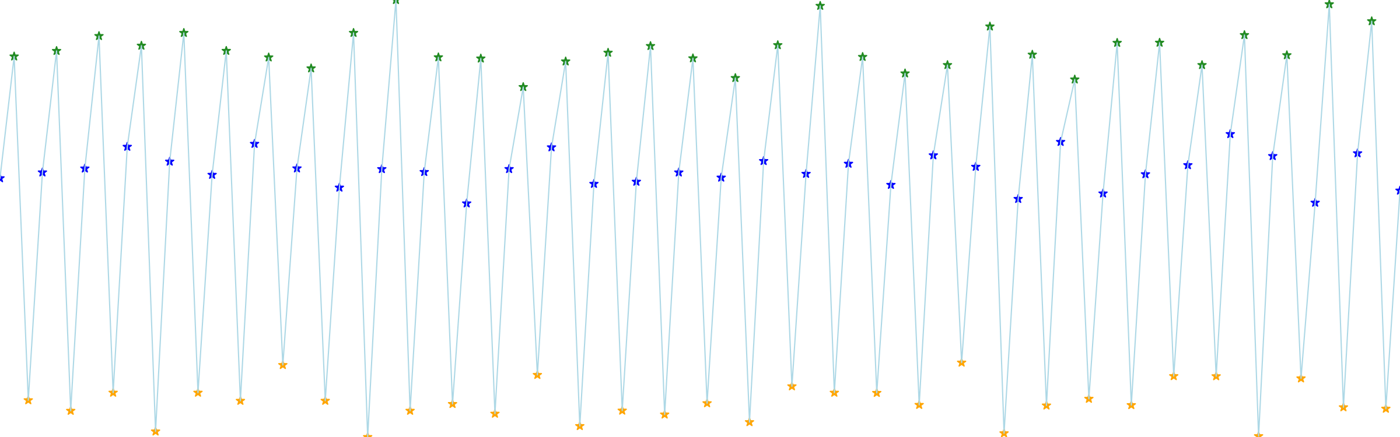
Repository: Carty-Bao/BNPHMM
Script's output: python code/synth.py
The author's editor kept a copy of each file at every save. The script's output is drawn from the files as they stood at one save, then again after the next save.
Figures wider than 1,400 px are first shrunk to that width. Random numbers start from a fixed seed.

Above is the script's output before, as saved 2022-08-18 11:07:46.

### code/synth.py
'''
author: Jiadi
Date: 2022.5.7
TODO: add parser
'''
import random
from math import ceil
from re import X
import numpy as np
import pylab as P
from scipy.stats import entropy
# from torch import threshold

def _blob(x,y,area,colour):
    """
    Draws a square-shaped blob with the given area (< 1) at
    the given coordinates.
    """
    hs = np.sqrt(area) / 2
    xcorners = np.array([x - hs, x + hs, x + hs, x - hs])
    ycorners = np.array([y - hs, y - hs, y + hs, y + hs])
    P.fill(xcorners, ycorners, colour, edgecolor=colour)

def hinton(W, maxWeight=None):
    """
    Draws a Hinton diagram for visualizing a weight matrix.
    Temporarily disables matplotlib interactive mode if it is on,
    otherwise this takes forever.
    """
    reenable = False
    if P.isinteractive():
        P.ioff()
    P.clf()
    height, width = W.shape
    if not maxWeight:
        maxWeight = 2**np.ceil(np.log(np.max(np.abs(W)))/np.log(2))

    P.fill(np.array([0,width,width,0]),np.array([0,0,height,height]),'gray')
    P.axis('off')
    P.axis('equal')
    for x in range(width):
        for y in range(height):
            _x = x+1
            _y = y+1
            w = W[y,x]
            if w > 0:
                _blob(_x - 0.5, height - _y + 0.5, min(1,w/maxWeight),'white')
            elif w < 0:
                _blob(_x - 0.5, height - _y + 0.5, min(1,-w/maxWeight),'black')
    if reenable:
        P.ion()
    P.show()

def gen_alpha(type = 'jitter', K = 3):
    '''
    为HMM生成状态转移矩阵和HMM集群中心
    type:调制基形,以PRI为例,可选的调制基形:
    'jitter','stagger','slide','dwell'
    center:不同调制基形对应不同集群中心,如果不指定集群中心,默认中心个数=3

    默认均为一维变量
    '''

    if type == 'jitter':
        assert K==1, "K must be 1"
        alpha = np.eye(K)
    if type in ['stagger', 'agile', 'dwell']:
        alpha = np.eye(K)
        while(1 in np.diag(alpha)):
            np.random.shuffle(alpha)
    if type == 'slide':
        alpha = np.eye(K)
        alpha = np.vstack((alpha[1:],alpha[0]))
    # if type == 'dwell':
    #     tr = np.eye(K)
    #     while(1 in np.diag(tr)):
    #         np.random.shuffle(tr)
    #     alpha = 0.05*tr + np.eye(K)
    return alpha

def Non_ideal_HMM(N, K, XDim=1, mu_sd_factor=0, L=10, spur_ratio=0, miss_ratio=0,type='stagger', mu = None):
    '''N: number of observations
    K: number of discrete components
    XDim: dimensionality of observed data (default = 2)
    mu:HMM集群的中心值，如果没有制定就是[100, 110, 120,...]

    计算虚假脉冲和缺失脉冲个数'''

    spur_num = np.floor(spur_ratio * N)
    miss_num = np.floor(miss_ratio * N)
    N_unideal = int(N + spur_num + miss_num)
    X = np.zeros((N_unideal,XDim))
    Y = np.zeros((N_unideal,L))
    z = np.zeros(K)#记录上一个状态
    Z = np.zeros((N_unideal, 1))
    alpha = gen_alpha(type=type, K=K)

    beta = 0.1 #intial dist params.
    pik = np.random.dirichlet(beta*np.ones(K)) #distribution over initial state p(l_0)
    A = alpha / np.reshape(alpha.sum(axis=1),(K,1))#把alpha归一化
    # mu = np.array([np.random.multivariate_normal(np.zeros(XDim),20*np.eye(XDim)) for _ in range(K)]) #每个类别的均值
    if mu == None:
        mu = np.array([[100+10*i] for i in range(K)])
        mu_init = mu.copy()
    else:
        mu = np.array([mu])
        print(mu)
        mu = mu.T
        mu_init = mu.copy()
    C = np.array([mu_sd_factor*np.eye(XDim) for _ in range(K)])#每个类别的方差
    pr_y = np.array([np.random.dirichlet(0.1*np.ones(L)) for _ in range(K)])#每个类别的可能性的先验概率
    #draw observations:
    n = 0
    bound = X.shape[0]
    while(n<=bound):
        #draw latent component:
        if n==0:
            z = np.random.multinomial(1, pik)
        else:
            prev_z = z.argmax()
            z = np.random.multinomial(1,A[prev_z,:])
        z_n = z.argmax()#记录下一个状态
        if np.random.choice(2, 1, p=[1 - miss_ratio, miss_ratio]) and type is not 'dwell':#缺失脉冲
            X = np.delete(X, n, axis=0)
            Y = np.delete(Y, n, axis=0)
            Z = np.delete(Z, n, axis=0)
            continue
        if np.random.choice(2, 1, p=[1 - spur_ratio, spur_ratio]) and type is not 'dwell':#虚假脉冲
            spur_value = np.random.uniform(low=min(mu),high=max(mu),size=1)
            X[n,:] = np.random.multivariate_normal(spur_value, C[z_n,:,:])
            # Z[n,:] = abs(mu-spur_value).argmin()
            Z[n,:] = K+1
            n+=1
        if type=='dwell':
            for dns in range(5):
                if np.random.choice(2, 1, p=[1 - miss_ratio, miss_ratio]):#缺失脉冲
                    X = np.delete(X, n, axis=0)
                    Y = np.delete(Y, n, axis=0)
                    Z = np.delete(Z, n, axis=0)
                    continue
                if np.random.choice(2, 1, p=[1 - spur_ratio, spur_ratio]):#虚假脉冲
                    spur_value = np.random.uniform(low=min(mu),high=max(mu),size=1)
                    X[n,:] = np.random.multivariate_normal(spur_value, C[z_n,:,:])
                    # Z[n,:] = abs(mu-spur_value).argmin()
                    Z[n,:] = K+1
                    n+=1
                X[n,:] = np.random.multivariate_normal(mu[z_n,:], C[z_n,:,:])
                Y[n,:] = np.random.multinomial(1,pr_y[z_n,:])
                Z[n,:] = z_n
                bound = X.shape[0]-1
                n+=1
                if n>bound:
                    break
        else:
            X[n,:] = np.random.multivariate_normal(mu[z_n,:], C[z_n,:,:])
            if type == 'agile':
                Z[n,:] = np.where(mu_init == mu[z_n,:])[0]
            if (n+1) % K == 0 and type=='agile':
                np.random.shuffle(mu)

        if type !='dwell':
            Y[n,:] = np.random.multinomial(1,pr_y[z_n,:])
            if type != 'agile':
                Z[n,:] = z_n
            n+=1
            bound = X.shape[0]-1
    #返回每个类别的均值
    return X,Y,Z,mu

def workmode_cat(nums = None, Ks = None, mus = None, XDim=1, mu_sd_factor = 0, spur_ratio = 0, miss_ratio = 0, types = None):
    '''
    将生成的数据拼接
    nums Ks types均为列表 长度相同
    '''
    seq_num = len(nums)
    assert len(Ks) == seq_num, "Do not have enough Ks"
    assert len(types) == seq_num, "Do not have enough types"
    assert len(mus) == seq_num, "Do not have enough mus"

    X = None
    Z = None
    mus_grd = None
    paras = zip(nums, Ks, mus, types)
    for para in paras:
        session, _, labels, mu_grd = Non_ideal_HMM(N=para[0], K=para[1],mu = para[2], XDim=XDim, mu_sd_factor=mu_sd_factor, spur_ratio=spur_ratio, miss_ratio=miss_ratio,type=para[3])
        if X is None and mus_grd is None:
            X = session
            Z = labels
            mus_grd = mu_grd
        else:
            X = np.vstack((X, session))
            Z = np.vstack((Z, labels))
            mus_grd = np.vstack((mus_grd, mu_grd))
    return X, Z, mus_grd

def center_compare(center1, center2, threshold):
    '''
    比较两个集群中心
    '''
    diff = np.array([])
    for num in center1:
        diff = np.append(diff,min(abs(num-center2)))
    change = diff.sum()/diff.shape[0] > threshold
    cusum =  float(diff.sum())/diff.shape[0]
    return change,threshold #1是手动设置阈值

def trans_compare(A_1, A_2, mu_1, mu_2,threshold=1):
    def trans(A, order):
        N = len(order)
        # print(order)
        new_matrix = np.zeros((N,N))
        for i, row in enumerate(order):
            for j, col in enumerate(order):
                try:
                    new_matrix[row][col] = A[i][j]
                except IndexError:
                    if A.shape[0] < N:#A_1<A_2,填上0
                        new_matrix[row][col] = 0.1
                    # else:

        return new_matrix

    def trans_order(mu_1,mu_2):
        order = []
        N = len(mu_1)
        minus_dis = []
        for mu in mu_1:
            minus = mu_2 - mu
            order.append(np.argmin(abs(minus)))
            minus_dis.append(np.min(abs(minus)))
        return order

    order = trans_order(mu_1,mu_2)
    A2_new = trans(A_2,order)
    e = 0
    for index in range(len(order)):
        e += entropy(A_1[index], A2_new[index])
    change = e > threshold
    cusum = e
    return change, cusum

if __name__=="__main__":

    import matplotlib as mpl
    mpl.use('TkAgg')
    import matplotlib.pyplot as plt
    import pandas as pd
    np.set_printoptions(threshold=np.inf)
    plt.rc('font',family='Times New Roman')

    #数据生成
    N, K_grnd, K = 100, 5, 10
    X1, _, Z, mu_grd = Non_ideal_HMM(N, K_grnd, mu_sd_factor= 2, spur_ratio=0., miss_ratio=0,type='stagger')

    # Ns = [100,150,180]
    # Ks = [4,5,6]
    # types = ['stagger','slide','stagger']
    # X, mu_grd = workmode_cat(nums=Ns, Ks=Ks, mu_sd_factor=0, spur_ratio=0, miss_ratio=0, types=types)
    pulse = []
    labels = []
    for p, z in zip(X1,Z):
        labels.append(int(z))
        pulse.append(int(p))

    #颜色赋值
    col = []
    colors = ['#FF0000', '#FFA500', 'purple', 'blue', '#228B22']
    for i in range(0, len(labels)):
        col.append(colors[int(labels[i])])



    plt.figure(dpi=150,figsize=(16,5))
    # plt.xlabel("PRI index")
    # plt.ylabel("PRI value")
    # plt.title("agile PRI")
    plt.axis('off')
    plt.plot(range(len(X1)), X1,color='lightblue', linewidth=1.0)
    plt.scatter(range(len(X1)), X1, c=col,marker='*',s=50)
    plt.subplots_adjust(top = 1, bottom = 0, right = 1, left = 0, hspace = 0, wspace = 0)
    plt.margins(0,0)

    plt.savefig("genworkmode/stagger_color.png", transparent=True, dpi=300, pad_inches = 0,format='png')
    plt.show()

After the next save:
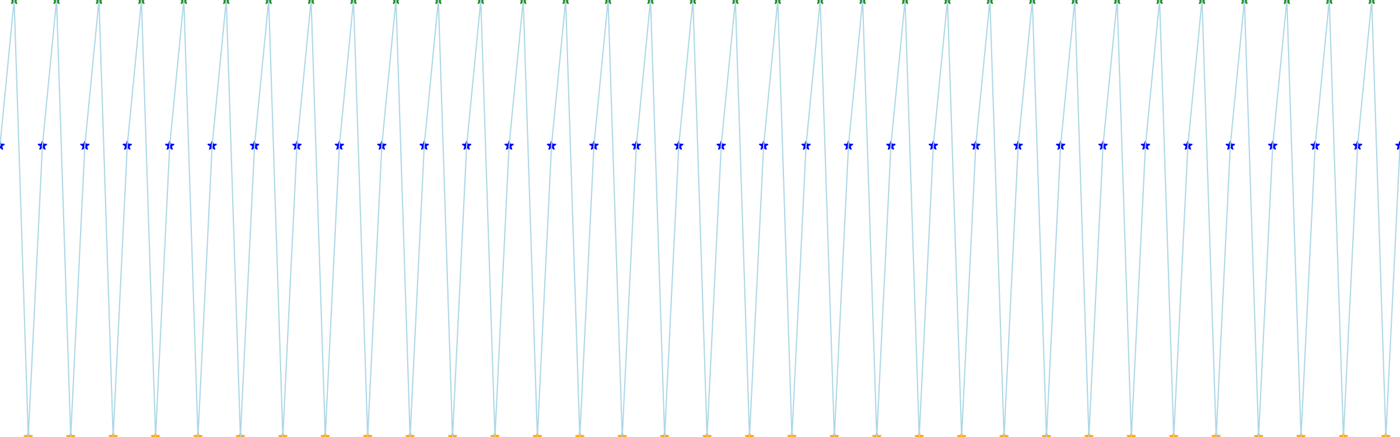
Saved 55 s later.
--- a/code/synth.py
+++ b/code/synth.py
@@ -250,7 +250,7 @@ if __name__=="__main__":
 
     #数据生成
     N, K_grnd, K = 100, 5, 10
-    X1, _, Z, mu_grd = Non_ideal_HMM(N, K_grnd, mu_sd_factor= 2, spur_ratio=0., miss_ratio=0,type='stagger')
+    X1, _, Z, mu_grd = Non_ideal_HMM(N, K_grnd, mu_sd_factor= 0, spur_ratio=0., miss_ratio=0,type='stagger')
 
     # Ns = [100,150,180]
     # Ks = [4,5,6]
